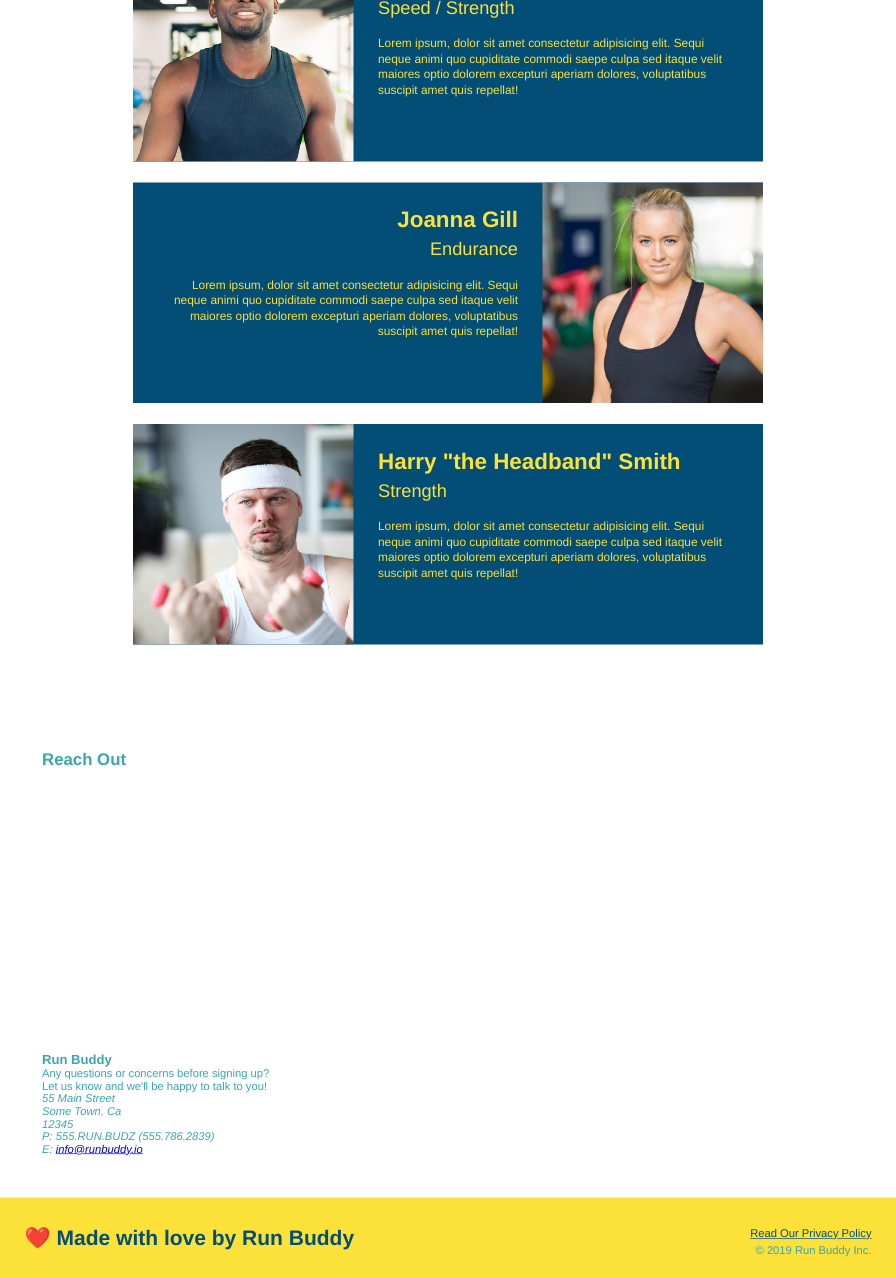
Repository: symlara/run-buddy
Page: index.html
An editor plug-in stored every save of this project. The page is shown before and after the next save, followed by the edit.
The browser window is 1280 px wide. The pictures show the part of the page from y = 2524 to 4444 px (the page is 4350 px tall before and 4444 px after), at 70% of full size.
Pictures or frames that could not be fetched are drawn as grey boxes.

Above is the page before, as saved 2020-12-10 15:42:40.

After the next save:
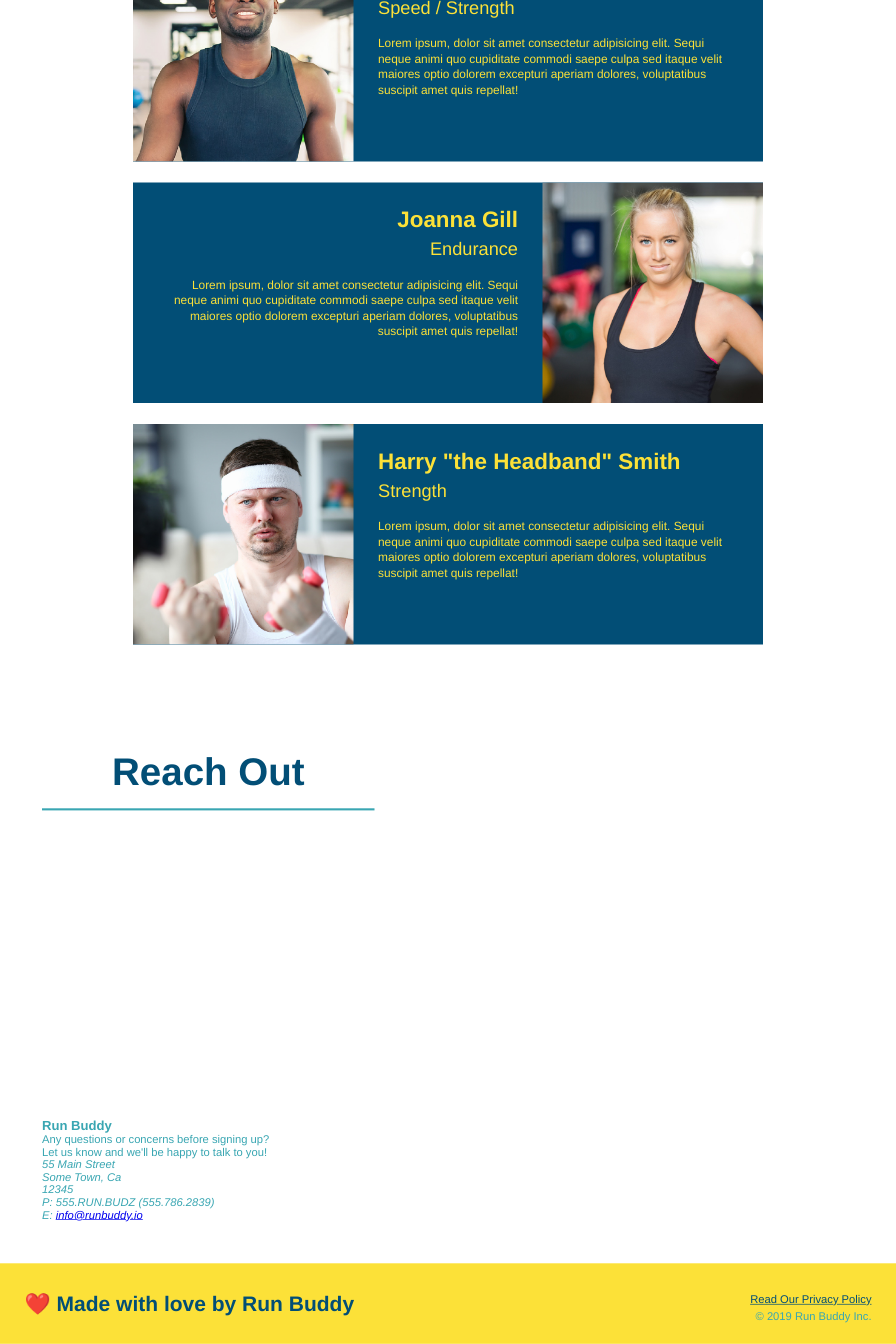
Saved 108 s later.
--- a/index.html
+++ b/index.html
@@ -159,7 +159,7 @@
 
         <!-- "reach out" section -->
         <section id="reach-out" class="contact">
-            <h2 class="">Reach Out</h2>
+            <h2 class="section-title secondary-border">Reach Out</h2>
             <div class="contact-info">
                 <iframe src="https://www.google.com/maps/embed?pb=!1m18!1m12!1m3!1d3221.7111422227936!2d-86.80586308470178!3d36.14924591176938!2m3!1f0!2f0!3f0!3m2!1i1024!2i768!4f13.1!3m3!1m2!1s0x886466bdcf68adc5%3A0x468be65e4a8f7eb1!2s2201%20West%20End%20Ave%2C%20Nashville%2C%20TN%2037212!5e0!3m2!1sen!2sus!4v1607634799030!5m2!1sen!2sus"
                     frameborder="0"
